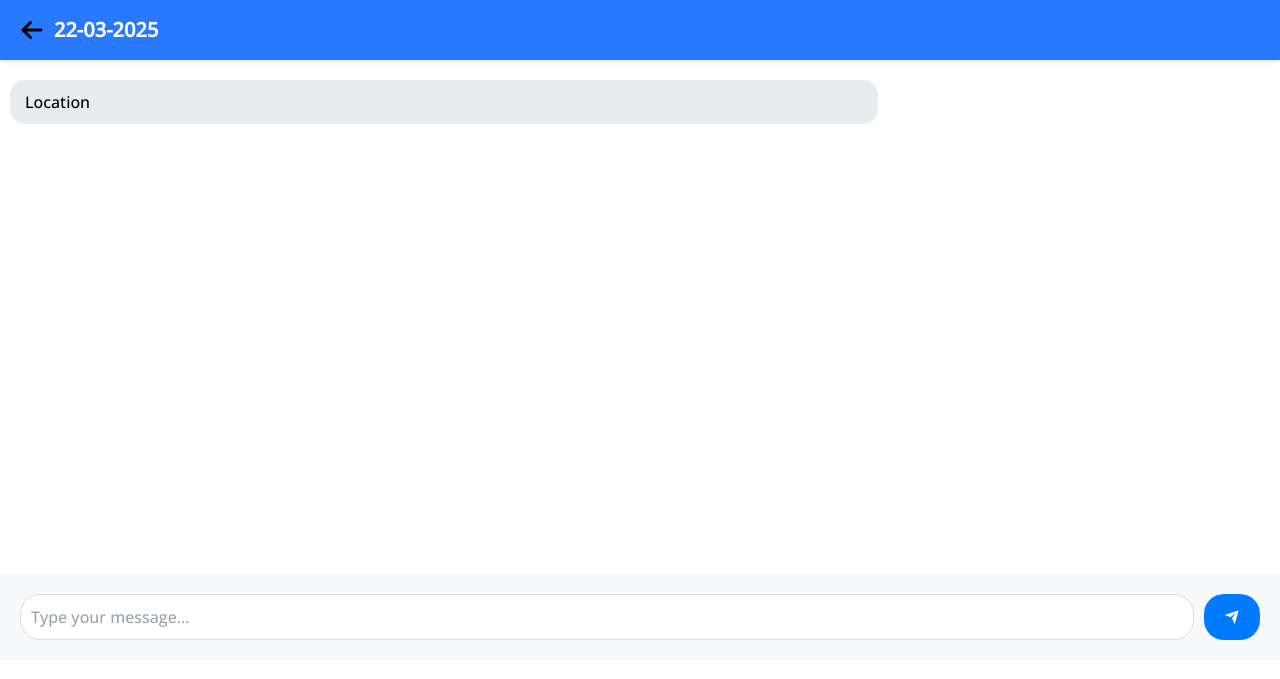
Repository: shash0708/GMR-Lines
Page: /bot (app in frontend/)
These files come from the project's save history. The page is drawn as it stood at one moment and after the next save; the edit follows.
The browser window is 1280 px wide. The pictures show the whole page.
The page's requests for data from a server got no answer. Some web libraries are served in a nearby version. The project was rebuilt for these pictures with package versions that can differ from the ones it lists, and the page was loaded fresh each time. No one was signed in, and anything a server would have sent is missing. Also part of the build but not shown: frontend/src/components/Footer/Footer.css, frontend/src/components/Footer/Footer.component.jsx, frontend/src/components/Form/Form.component.jsx, frontend/src/components/Profile/Profile.jsx, frontend/src/components/Card/Card.jsx, frontend/src/components/Card/Card.component.jsx, frontend/src/components/Data/DataCard.jsx, frontend/src/components/speedDail/SpeedDail.component.jsx and 8 more.

Above is the page before, as saved 2025-03-22 14:50:49.

### frontend/public/index.html
<!DOCTYPE html>
<html lang="en">
  <head>
    <meta charset="utf-8" />
    <link rel="icon" href="%PUBLIC_URL%/favicon.ico" />
    <meta name="viewport" content="width=device-width, initial-scale=1" />
    <meta name="theme-color" content="#000000" />
    <meta name="description" content="Web site created using create-react-app" />
    <link rel="apple-touch-icon" href="%PUBLIC_URL%/logo192.png" />
    <!--
      manifest.json provides metadata used when your web app is installed on a
      user's mobile device or desktop. See https://developers.google.com/web/fundamentals/web-app-manifest/
    -->
    <link rel="manifest" href="%PUBLIC_URL%/manifest.json" />
    <!--
      Notice the use of %PUBLIC_URL% in the tags above.
      It will be replaced with the URL of the `public` folder during the build.
      Only files inside the `public` folder can be referenced from the HTML.

      Unlike "/favicon.ico" or "favicon.ico", "%PUBLIC_URL%/favicon.ico" will
      work correctly both with client-side routing and a non-root public URL.
      Learn how to configure a non-root public URL by running `npm run build`.
    -->
    <link href="https://cdn.jsdelivr.net/npm/bootstrap@5.3.3/dist/css/bootstrap.min.css" rel="stylesheet" integrity="sha384-QWTKZyjpPEjISv5WaRU9OFeRpok6YctnYmDr5pNlyT2bRjXh0JMhjY6hW+ALEwIH" crossorigin="anonymous">
    <link rel="stylesheet" href="https://cdnjs.cloudflare.com/ajax/libs/font-awesome/6.0.0-beta3/css/all.min.css">

    <title>Log Book</title>
  </head>
  <script src="https://cdnjs.cloudflare.com/ajax/libs/html2pdf.js/0.10.1/html2pdf.bundle.min.js"></script>

  <script src="https://cdn.jsdelivr.net/npm/bootstrap@5.3.3/dist/js/bootstrap.bundle.min.js" integrity="sha384-YvpcrYf0tY3lHB60NNkmXc5s9fDVZLESaAA55NDzOxhy9GkcIdslK1eN7N6jIeHz" crossorigin="anonymous"></script>
  <script src="https://cdn.jsdelivr.net/npm/@popperjs/core@2.11.8/dist/umd/popper.min.js" integrity="sha384-I7E8VVD/ismYTF4hNIPjVp/Zjvgyol6VFvRkX/vR+Vc4jQkC+hVqc2pM8ODewa9r" crossorigin="anonymous"></script>
  <script src="https://cdn.jsdelivr.net/npm/bootstrap@5.3.3/dist/js/bootstrap.min.js" integrity="sha384-0pUGZvbkm6XF6gxjEnlmuGrJXVbNuzT9qBBavbLwCsOGabYfZo0T0to5eqruptLy" crossorigin="anonymous"></script>
  <script src="https://cdn.tailwindcss.com?plugins=forms,container-queries"></script>

  <body>
    <noscript>You need to enable JavaScript to run this app.</noscript>
    <div id="root"></div>
    <!--
      This HTML file is a template.
      If you open it directly in the browser, you will see an empty page.

      You can add webfonts, meta tags, or analytics to this file.
      The build step will place the bundled scripts into the <body> tag.

      To begin the development, run `npm start` or `yarn start`.
      To create a production bundle, use `npm run build` or `yarn build`.
    -->
  </body>
</html>

### frontend/src/index.css
@tailwind base;
@tailwind components;
@tailwind utilities;
@import url('https://fonts.googleapis.com/css2?family=Open+Sans:ital,wght@0,500;1,500&display=swap');

/* Default Light Mode */
body {
    background: white;
    color: black;
    font-family: Arial, sans-serif;
    transition: all 0.3s ease;
  }

  /* Dark Mode */
  body.dark-mode {
    background:black;
    color: white;
  }

  /* Additional UI elements */
  .settings-menu {
    background: white;
    color: black;
    padding: 10px;
    transition: all 0.3s ease;
  }

  body.dark-mode .settings-menu {
    background: #000000;
    color: white;
  }

  .settings-button {
    background: transparent;
    border: 1px solid #555;
    color: black;
    padding: 8px 16px;
    margin: 5px;
    cursor: pointer;
    transition: all 0.3s ease;
  }

  body.dark-mode .settings-button {
    background: #000000;
    color: white;
  }

  .profile-header .profile-image {
    width: 100px;
    height: 100px;
    border-radius: 50%;
    cursor: pointer;
  }

  .image-menu-button {
    background: transparent;
    border: 1px solid #555;
    color: black;
    padding: 8px 16px;
    margin: 5px;
    cursor: pointer;
  }

  body.dark-mode .image-menu-button {
    background: #555;
    color: white;
  }

### frontend/src/context/ThemeChange.js
import React, { createContext, useState, useEffect } from 'react';

export const ThemeContext = createContext();

export const ThemeProvider = ({ children }) => {
  const [darkMode, setDarkMode] = useState(
    localStorage.getItem('darkMode') === 'true' || false
  );

  useEffect(() => {
    if (darkMode) {
      document.body.classList.add('dark-mode');
    } else {
      document.body.classList.remove('dark-mode');
    }
  }, [darkMode]);

  const toggleDarkMode = () => {
    setDarkMode((prev) => {
      const newMode = !prev;
      localStorage.setItem('darkMode', newMode);
      return newMode;
    });
  };

  return (
    <ThemeContext.Provider value={{ darkMode, toggleDarkMode }}>
      {children}
    </ThemeContext.Provider>
  );
};

### frontend/src/App.css
@import url('https://fonts.googleapis.com/css2?family=Open+Sans:ital,wght@0,500;1,500&display=swap');
body {
  font-family: "Open Sans", sans-serif;

    background-color: white ;
    background-size: cover;
    min-height: 100vh;

  }

### frontend/src/components/Home/Home.component.jsx
import React, { useState, useEffect,useContext } from "react";
import { useNavigate } from "react-router-dom";
import useDocumentTitle from "../hooks/useDocumentTitle";
import URL from "../config";
import "./Home.css";
import Footer from "../Footer/Footer.component";
import { Button } from "@mui/material";
import styled from "styled-components";
import { FaRegLightbulb } from "react-icons/fa";
import { FaCalendar } from "react-icons/fa";
import { IoSettingsOutline } from "react-icons/io5";
import { ThemeContext } from '../../context/ThemeChange.js';

const CardContainer = styled.div`
  display: grid;
  grid-template-columns: repeat(2, 1fr); /* 2 columns */
  gap: 10px; /* Space between cards */
  padding: 10px;
  background-color: ${({ darkMode }) => (darkMode ? 'black' : '#f5f5f5')}; /* Dark or light background */
`;

const Card = styled.div`
  padding: 20px;
  background-color: ${({ darkMode }) => (darkMode ? 'black' : 'white')}; /* Dark or light card background */
  color: ${({ darkMode }) => (darkMode ? '#fff' : '#000')}; /* Text color */
  border-radius: 8px;
  border: 1px solid ${({ darkMode }) => (darkMode ? '#333' : 'grey')};
  box-shadow: 0 4px 8px rgba(0, 0, 0, 0.9);
  display: flex; /* Flexbox to align items */
  align-items: center; /* Center items vertically */
`;

const IconWrapper = styled.span`
 width: 30px; /* Set icon size */
 color:black;
 color: ${({ darkMode }) => (darkMode ? '#fff' : '#000')}; /* Adjust icon color based on dark mode */

 display:flex;
  /* Space between icon and text */
`;

const cardData = [
  { Id: "Stay compliant", text: "Our automated system helps you stay up to date with the latest regulations.", icon: <FaRegLightbulb /> },
  { Id: "Improve efficiency", text: "Automate your HR processes and focus on what matters most.", icon: <FaCalendar />  },
  { Id: "Make better decisions", text: "Get insights into your data to make smarter business decisions.", icon: <IoSettingsOutline /> },
];

const Home = () => {
  const navigate = useNavigate();
  const { darkMode } = useContext(ThemeContext);

  useDocumentTitle("Aviation Logbook");

  const [ameNumber, setAmeNumber] = useState("");
  const [loading, setLoading] = useState(true);

  useEffect(() => {
    const fetchAmeNumber = async () => {
      try {
        const response = await fetch(`${URL}/api/getuser`, {
          method: "GET",
          headers: {
            "auth-token": localStorage.getItem("token"),
          },
        });

        if (!response.ok) {
          throw new Error("Network response was not ok");
        }

        const data = await response.json();
        setAmeNumber(data.AME);
      } catch (error) {
        console.error("Error fetching AME number:", error);
      } finally {
        setLoading(false);
      }
    };

    fetchAmeNumber();
  }, []);

  return (
    <div className={`Home ${darkMode ? 'dark-mode' : ''}`}>
      <header className="hero-section">
        <h1>AirCrew</h1>
        <img src="assests/bg.jpg" alt="AirCrew logo" className="aircrew-image" />
        {loading ? <p>Loading...</p> : <h3 className="ame-number">{ameNumber}</h3>}
      </header>
      <div className="Container">
        <h1>How we can help</h1>
        <p>Save time, reduce errors, and improve<br />compliance with our easy-to-use software.</p>
      </div>
      <div>
        <Button
          type="submit"
          variant="contained"
          color="primary"
          sx={{
            marginTop: 2,
            marginLeft: '10px',
            width: '100%', // Ensures the button takes up full width of its container
            backgroundColor: 'blue',
            '&:hover': {
              backgroundColor: '#4B0082',
            },
          }}
          style={{
            display: "flex",
            marginLeft: "-180px", // Fixed typo in margin-left
            padding: "10px",
            width: "140px",
          }}
        >
          Learn more
        </Button>
      </div>
      <CardContainer darkMode={darkMode}>
        {cardData.map(card => (
          <Card darkMode={darkMode} key={card.Id}>
            <div>
            <IconWrapper darkMode={darkMode}>{card.icon}</IconWrapper> {/* Wrap icon in styled component */}

              <h1>{card.Id}</h1>
              <p>{card.text}</p>
            </div>
          </Card>
        ))}
      </CardContainer>
    </div>
  );
};

export default Home;

### frontend/src/components/hooks/useDocumentTitle.js
// src/hooks/useDocumentTitle.js
import { useEffect } from 'react';

const useDocumentTitle = (title) => {
  useEffect(() => {
    document.title = title;
  }, [title]);
};

export default useDocumentTitle;

### frontend/src/components/config.js
// src/config.js
const URL = "  https://gmr-lines.onrender.com";

export default URL;

// `${URL}

### frontend/src/components/Home/Home.css
@import url('https://fonts.googleapis.com/css2?family=Open+Sans:ital,wght@0,500;1,500&display=swap');

.Home {
  font-family: "Open Sans", sans-serif;
  color: #fff;
  background-color: white;
  background-size: cover;
 height: auto; /* Full height for scrolling */
 margin-bottom: 100px;
  display: flex;
  flex-direction: column;
  align-items: center;
  justify-content: flex-start; /* Align the content at the top */
  overflow-y: auto; /* Enable scrolling for overflow */
}

.hero-section {
  width: 100%; /* Ensure it takes full width */
  height: 250px;
  text-align: center;
}

.dark-mode{
  background-color:black;
  color:white
}
.hero-section h1 {
  display: flex;
  align-items: center;
  justify-content: center;
  font-weight: 600;
  margin-top: 20px;
  font-size: 2rem;
  color: black;
  margin-bottom: 0.5rem;
}

.hero-section p {
  font-size: 1.25rem;
  color: #ddd;
}

.content {
  text-align: center;
}

.ame-number {
  font-size: 2rem;
  margin-bottom: 2rem;
}

.btn-new-entry,
.btn-past-records {
  background-color: #005b96;
  color: #fff;
  border: none;
  padding: 1rem 2rem;
  margin: 0.5rem;
  border-radius: 5px;
  cursor: pointer;
  font-size: 1rem;
}

.btn-new-entry:hover,
.btn-past-records:hover {
  background-color: #003f73;
}

.aircrew-image {
  width: 100%; /* Make the image responsive */
  height: auto;
  display: block;
  margin: 0 auto;
}

.Container {
  display: flex;
  flex-direction: column;
  margin-top: 290px;
  padding: 10px;
  font-family: "Open Sans", sans-serif;
  margin-left: 0; /* Adjust this to center if needed */
  height: 100px; /* Make sure it takes full available height */
  width: 100%; /* Ensure it stretches to full width */
}

.Container h1 {
  color: black;
  font-size: 22px;
  font-weight: bolder;

}
.Container p{
  color: black;

}

.dark-mode p{
  background-color: black;
  color:rgb(198, 190, 190)
}
 h1 {
  color: black;

}

### frontend/src/components/bot/Topbar/Topbar.js
import React from 'react'
import { useNavigate } from 'react-router-dom'
import './Topbar.css'
import { FaArrowLeft } from "react-icons/fa6"

const Topbar = () => {
  const navigate = useNavigate()

  const handleBackClick = () => {
    navigate('/past-records')
  }

  return (
    <div class="topbar-container">
        <div className="topbar">
            <div className="date-container">
                <FaArrowLeft
                  className="arrow-icon"
                  onClick={handleBackClick}
                  style={{ cursor: 'pointer' }}
                />
                <span className="date-text">22-03-2025</span>
            </div>
        </div>
    </div>
  )
}

export default Topbar

### frontend/src/components/bot/chatwindow.css
.chat-container {
    height: 100vh;
    display: flex;
    flex-direction: column;
    margin-top: -70px;
  }

  .messages-container {
    flex: 1;
    padding: 20px;
    overflow-y: auto;
    margin-top: 60px;
  }

  .message {
    max-width: 70%;
    margin: 10px;
    padding: 10px 15px;
    border-radius: 15px;
    word-wrap: break-word;
  }

  .bot {
    background-color: #e9ecef;
    align-self: flex-start;
    margin-left: -10px;
  }

  .user {
    background-color: #007bff;
    color: white;
    align-self: flex-end;
    margin-left: 100px;
  }

  .options-wrapper {
    display: flex;
    flex-direction: column;
    gap: 10px;
    margin: 10px 0;
  }

  .options-container {
    display: flex;
    flex-wrap: wrap;
    gap: 10px;
    padding: 0 10px;
  }

  .option-button {
    padding: 8px 16px;
    background-color: #f0f0f0;
    border: 1px solid #ddd;
    border-radius: 20px;
    cursor: pointer;
    transition: all 0.3s ease;
  }

  .option-button.selected {
    background-color: #007bff;
    color: white;
    border-color: #0056b3;
  }

  .submit-options-button {
    margin: 10px;
    padding: 8px 16px;
    background-color: #28a745;
    color: white;
    border: none;
    border-radius: 20px;
    cursor: pointer;
    align-self: flex-end;
  }

  .input-container {
    display: flex;
    padding: 20px;
    background-color: #f8f9fa;
    gap: 10px;
    margin-bottom: -10px;
  }

  .input-container input {
    flex: 1;
    padding: 10px;
    border: 1px solid #ddd;
    border-radius: 20px;
    outline: none;
  }

  .input-container button {
    padding: 10px 20px;
    background-color: #007bff;
    color: white;
    border: none;
    border-radius: 20px;
    cursor: pointer;
  }


  .submit-container {
    padding: 1rem;
    text-align: center;
    position: fixed;
    bottom: 0;
    left: 0;
    right: 0;
    background-color: #fff;
    border-top: 1px solid #ddd;
  }

  .final-submit-button {
    padding: 12px 24px;
    background-color: #007bff;
    color: white;
    border: none;
    border-radius: 4px;
    font-size: 16px;
    cursor: pointer;
    transition: background-color 0.3s ease;
  }

  .final-submit-button:hover {
    background-color: #0056b3;
  }

  .messages-container {
    padding-bottom: 80px; /* Add space for the submit button */
  }

### frontend/src/components/Profile/Profile.css
@import url('https://fonts.googleapis.com/css2?family=Poppins:ital,wght@0,100;0,200;0,300;0,400;0,500;0,600;0,700;0,800;0,900;1,100;1,200;1,300;1,400;1,500;1,600;1,700;1,800;1,900&display=swap');

.proedit{
  font-family: "Poppins", sans-serif;

}

.dark-mode .proedit .profile .babes  {
  background-color: black;
  color: rgb(216, 216, 216);
}
.Profile{
    /* background-color: #ffffff; */
    position: absolute;
    top: 40px;
    left: 10px;
    margin-top:0px;
    font-weight: 200px;

    font-size: 20px;

    color:black;
    height: 100vh;

}

.dark-mode h1 {
  background-color: black;
  color: rgb(216, 216, 216);
}

.settings{
    position: absolute;
    left:310px
}
.dark-mode .settings {
  background-color: black;
  color: rgb(216, 216, 216);
}
.babes {
    /* font-family: Arial, sans-serif; */
    /* background-color: #ffffff; */
    margin-top:20px;
    height: auto;
    overflow-y: auto; /* Enable vertical scrolling if content overflows */

    display: flex;
    justify-content: center;
    align-items: center;
  }

  .profile-container {
    background-color: white;
    border-radius: 10px;
    margin-top: 50px;
    /* box-shadow: 0 4px 8px rgba(0, 0, 0, 0.1); */
    width: 100%;
    height:100vh;

    padding: 20px;
  }
  .dark-mode .profile-container {
    background-color: black;
    color: white;
  }
  .profile-header {
    text-align: center;
    margin-bottom: 20px;
  }

  .profile-image {
    width: 100px;
    height: 100px;
    display: flex;
    align-items:center;
    justify-content: center;
    position:relative;
    margin-left: 110px;
    border-radius: 50%;
    object-fit: cover;
  }

  h1 {
    font-size: 1.5em;
    margin: 10px 0;
  }

  p {
    color: #888;
    font-size: 0.9em;
  }

  .edit-button {
    background-color: #d1cdcd;
    border: none;
    padding: 10px 20px;
    border-radius: 10px;
    cursor: pointer;
    margin-top: 10px;
    width:100%;
    font-weight: bold;
  }

  .edit-button:hover {
    background-color: #e0e0e0;
  }

  .profile-options {
    /* border-top: 3px solid #ddd; */
    padding-top: 10px;
    height:30vh;
  }

  .profile-option {
    display: flex;
    justify-content: space-between;
    padding: 10px 0;
    border:2px ;
    cursor: pointer;

    border-bottom: 1px solid #ddd;
    align-items: center;
    /* border-bottom: 1px solid #ddd; */
  }

  .profile-option:last-child {
    border-bottom: none;
  }

  .profile-option:hover {
    background-color: #f9f9f9;


  }
  .collapse-content {
    padding: 10px;
    border-left: 2px solid #ddd;
    margin-left: 10px;
    font-size: 0.9em;
    color: #555;
    overflow: auto; /* Allow scrolling if content is too long */
    max-height: 400px; /* Optional: Limit height before scrolling */
    transition: max-height 0.3s ease; /* Smooth transition when collapsing/expanding */
}

  .option-header {
    display: flex;
    justify-content: space-between;
    align-items: center;
    padding: 10px; /* Add some padding for better spacing */

  }
  .option-text {
    margin-right: 10px; /* Adjust this value to control the space */
    flex-grow: 1; /* Make the text take up available space */
  }
  /* Arrow styling */
  .arrow {
    margin-left: auto; /* Push the arrow to the extreme right */

    transition: transform 0.3s ease;
  }

  .arrow.up {
    transform: rotate(180deg); /* Rotate the arrow upside-down */
  }

  .arrow.down {
    transform: rotate(0deg); /* Default state with down arrow */
  }

  .settings-menu {
    position: absolute; /* Position it absolutely */
    right: 10px; /* Adjust as needed */
    top: 63px; /* Adjust as needed */
    background-color: white; /* Set background color */
    border: 1px solid #ccc; /* Add a border */
    border-radius: 4px; /* Rounded corners */
    box-shadow: 0 2px 10px rgba(0, 0, 0, 0.1); /* Optional shadow for better visibility */
    z-index: 1000; /* Ensure it's above other elements */
  }

  .settings-button {
    display: block; /* Display as block for full width */
    width: 100%; /* Full width */
    padding: 10px; /* Padding for buttons */
    background: none; /* Remove background */
    border: none; /* Remove border */
    text-align: left; /* Align text to left */
    cursor: pointer; /* Pointer cursor on hover */
  }

  .settings-button:hover {
    background-color: #f0f0f0; /* Change background on hover */
  }

  .image-menu {
    position: absolute;
    top: 110px; /* Adjust based on the image size */
    right: 20px;
    background-color: white;
    border: 1px solid #ccc;
    padding: 10px;
    display: flex;
    flex-direction: column;
  }

  .image-menu-button {
    margin: 5px 0;
    cursor: pointer;
  }

  /* Dark Mode Profile Option Hover */
.dark-mode .profile-option {
  background-color: black;
  color: white;
  border-bottom: 1px solid white;
}

/* On Hover */
.dark-mode .profile-option:hover {
  background-color: #333;
  color: #ddd;
}

/* On Active (When Clicked/Expanded) */
.dark-mode .collapse-content {
  background-color: black;
  color: white;
  border-left: 2px solid white;
}

/* Arrow Style in Dark Mode */
.dark-mode .arrow {
  color: white;
}

### frontend/src/components/Card/Card.css
.car{
    margin-top: 100px;
}
.card-container {
    display: flex;
    flex-wrap: wrap;  /* Allow cards to wrap to the next line */
    justify-content: center;  /* Center the cards horizontally */
    gap: 20px;  /* Space between the cards */
    margin: 20px;  /* Space around the entire card container */
}


.Input {
  padding: 12px;
  margin-top: 20px;
  border-radius: 10px;
  color: black;
  border: 2px ;
  display: flex;
  width: 80%;
  flex-wrap: wrap;
  justify-content: center;
  align-items: center;
  background-color: #ebebeb; /* Set background color to gray */
}



.item-container {
    display: flex;
    align-items: center;
    justify-content: space-between;
    padding: 10px;
    background-color: #ffffff;
    border-radius: 10px;
    border: 1px solid black;
    position: relative; /* Required for positioning checkbox */
    width: 330px;
    margin-left: -5px;
    margin: 10px; /* Optional spacing between cards */
    cursor: pointer; /* Change cursor to pointer */
  }

  .icon-container {
    background-color: #e9ecef;
    padding: 10px;

    border-radius: 10%;
  }
  .logs-container {
    display: flex;           /* Use flexbox for alignment */
    justify-content: space-between; /* Space between elements */
    align-items: center;    /* Vertically center items */
    padding: 10px;          /* Add some padding */
  }

  .add-button {
    cursor: pointer;        /* Change cursor to pointer for better UX */
    font-size: 24px;       /* Adjust the font size as needed */
    margin-right: -140px;
  }
  .logs-title{
    margin-right: 130px;
    font-family: "Open Sans", sans-serif;
    font-weight: 800;
    font-size: 18px;
  }

  .plane-icon {
    width: 24px;
    height: 24px;
    color: #000;
  }

  .info-container {
    flex-grow: 1;
    margin-left: 10px;
  }

  .date {
    font-size: 16px;
    font-weight: bold;
    margin: 0;
  }

  .id {
    font-size: 12px;
    color: #6c757d;
    margin: 0;
  }

  .arrow-container {
    margin-left: 10px;
  }


  .arrow-icon {
    width: 24px;
    height: 24px;
    color: #000;
  }
  .Prnrt{
    display: flex;
    justify-content: center;
    align-items:center;
    position: absolute;
    left: 100px;
    margin-top: 3.5px;
  }
  /* Checkbox styles */
  .checkbox-container {
    position: absolute; /* Position it relative to the item-container */
    top: 10px; /* Adjust according to your design */
    right: 10px; /* Adjust according to your design */
  }

  .checkbox {
    width: 30px;
    height: 30px;
    margin-right: 30px;
    margin-top: 20px;
    border-radius: 50%;
    background-color: #007bff; /* Color of checkbox */
    display: flex;
    align-items: center;
    justify-content: center;
    color: white;
    font-weight: bold;
  }

  .count {
    font-size: 12px;
  }

### frontend/src/components/bot/Topbar/Topbar.css
.topbar-container {
    margin: 0;
    padding-top: 60px;
}

.topbar {
    display: flex;
    justify-content: space-between;
    align-items: center;
    height: 60px;
    width: 100%;
    background-color: #2979FF;
    color: white;
    padding: 0 20px;
    box-shadow: 0 2px 4px rgba(0, 0, 0, 0.1);
    position: fixed;
    top: 0;
    left: 0;

    box-sizing: border-box;
    z-index: 1000;
}

/* Add this to your body or root element to prevent content from hiding behind the topbar */

.date-container {
    display: flex;
    align-items: center;
    gap: 10px;
}

.arrow-icon {
    font-size: 24px;
    color: black;
}

.date-text {
    font-size: 20px;
    font-weight: bold;
}

### frontend/tailwind.config.js
/** @type {import('tailwindcss').Config} */
module.exports = {
  content: [
    "./src/**/*.{js,ts,jsx,tsx}",  // Adjust the paths as needed
    "./public/**/*.html",           // Include HTML files if used
  ],
  theme: {
    extend: {
      // Custom theme extensions go here
      colors: {
        primary: '#ff6347',  // Example custom color
      },
      fontFamily: {
        sans: ['Helvetica', 'Arial', 'sans-serif'],
      },
    },
  },
  plugins: [
    // Add any Tailwind CSS plugins here
  ],
};


module.exports ={
  "compilerOptions": {
    "baseUrl": ".",
    "paths": {
      "@/*": ["src/*"]
    }
  }
}

Loaded but not shown: frontend/src/reportWebVitals.js (common file); frontend/src/components/bot/Chatwindow.js (329 lines, source omitted); frontend/src/serviceWorkerRegistration.js (137 lines, source omitted); frontend/src/App.js (110 lines, source omitted); frontend/src/context/LogContext.js (76 lines, source omitted); frontend/src/index.js (40 lines, source omitted); frontend/src/components/Data/Data.css (no stored copy; drawn as an empty file)

After the next save:
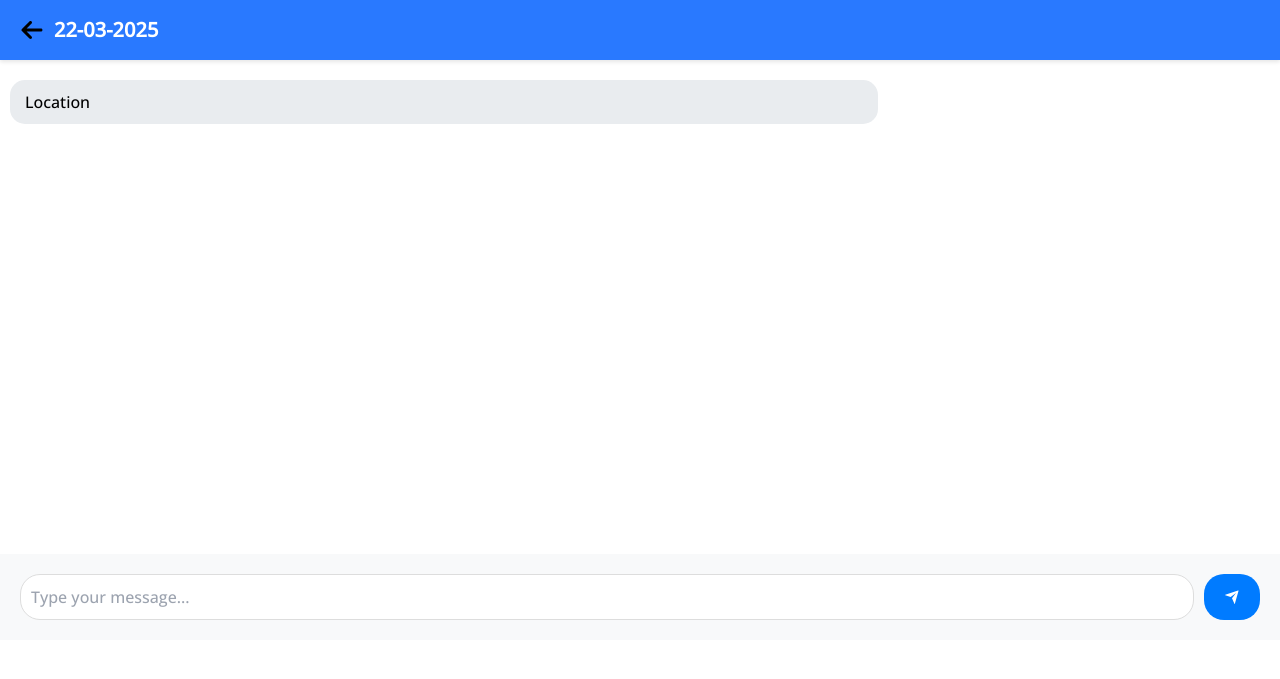
Saved 25 s later.
--- a/frontend/src/components/bot/chatwindow.css
+++ b/frontend/src/components/bot/chatwindow.css
@@ -78,7 +78,7 @@
     padding: 20px;
     background-color: #f8f9fa;
     gap: 10px;
-    margin-bottom: -10px;
+    margin-bottom: 10px;
   }
 
   .input-container input {
